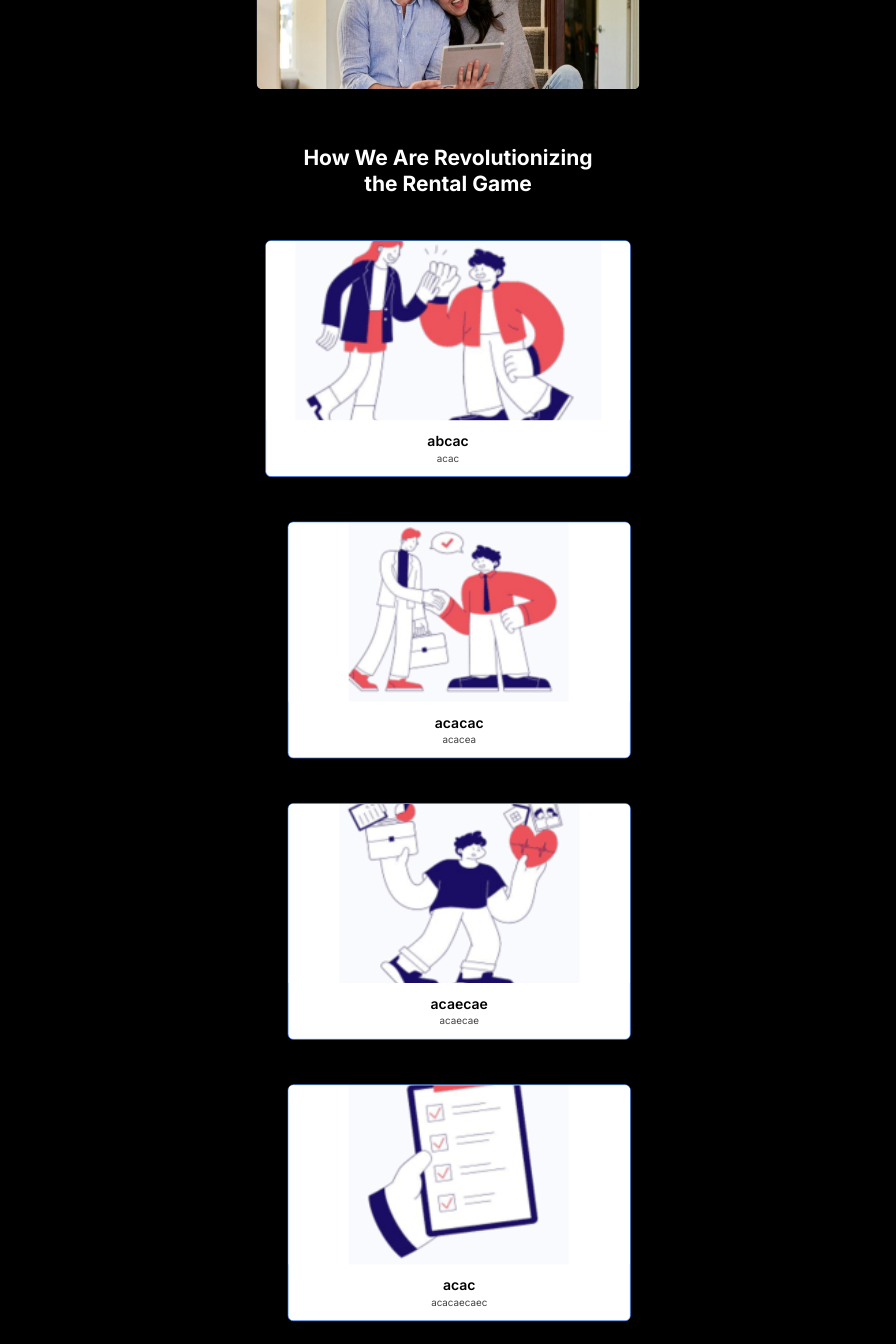
Repository: aditya-jha-kumar/BleisureHosting-V1
Page: /home
The author's editor kept a copy of each file at every save. The page is drawn from the files as they stood at one save, then again after a run of saves.
The browser window is 1280 px wide. The pictures show the part of the page from y = 2095 to 4015 px (the page is 4015 px tall before and 2809 px after), at 70% of full size.
The project was rebuilt for these pictures with package versions that can differ from the ones it lists, and the page was loaded fresh each time. The framework's server and built-in components were replaced by stand-ins that run in the browser. Also part of the build but not shown: next.config.mjs.

Above is the page before, as saved 2024-06-12 15:42:21.

### src/app/home/page.tsx
// Home.tsx

import React from "react";
import Navbar from "@/components/navbar";
import Search from "@/components/Search";
import Hero from "@/components/hero";
import Card from "@/components/card";
import Button from "@/components/button";
import Card2 from "@/components/Card2";

export default function Home() {
  return (
    <div className="relative min-h-screen flex flex-col justify-center items-center">
      {/* Navbar */}
      <Navbar
        logoSrc="/logo.png"
        logoAlt=""
        option1="Place to stay"
        option2="Experience"
        option3="Nearby"
        option4="Contact"
        button1Label="Become a partner"
        button2Label="Sign up"
      />

      {/* Hero section */}
      <div className="relative rounded overflow-hidden flex-1">
        <Hero
          logoSrc="/hero.png"
          logoAlt="Your alt text here"
          className="rounded"
        />
        {/* Search component placed on Hero */}
        <div className="absolute inset-0 flex justify-center items-center">
          <Search placeholder="Search" />
        </div>
      </div>

      {/* Additional content */}
      <div className="flex flex-col items-center justify-center text-center mt-8 md:mt-12 px-4">
        <h1 className="text-3xl font-bold">Welcome to the future</h1>
        <p className="mt-4">
          Discover peace of mind, flexibility, and confidence for your next
          adventure - whether it's a new job, a temporary home, medical
          relocation, or travel cravings - with the ease and comfort of a
          Bleisure home
        </p>
      </div>

      {/* Cards */}
      <div className="flex justify-center mt-8 space-x-4 md:space-x-8">
        <Card
          imageSrc="/card1.png"
          largeText="Emrald Valley Heights Homestay"
          smallText="Viman Nagar, Pune"
          showOverlay
          showArrow
        />
        <div className="md:mt-4">
          {/* Add margin top for medium screens */}
          <Card
            imageSrc="/card2.png"
            largeText="Golden Horizon Homestay"
            smallText="Viman Nagar, Pune"
            showOverlay
            showArrow
          />
          <Card
            imageSrc="/card3.png"
            largeText="Sunset Vista Homestay"
            smallText="Viman Nagar, Pune"
            showOverlay
            showArrow
          />
        </div>
      </div>

      {/* Additional content */}
      <div className="flex flex-col items-center justify-center text-center mt-8 md:mt-12 px-4">
        <h1 className="text-xl font-bold">
          Now offering our lowest rates for 3+ month stays
        </h1>
        <Button text="Explore Properties >>" />
      </div>

      {/* Our Mission */}
      <div className="flex flex-col items-center justify-center text-center mt-8 md:mt-12 px-4">
        <h1 className="text-3xl font-bold">Our Mission</h1>
        <p className="mt-4">
          Redefining short & medium-term rental accommodations with comfortable,
          furnished apartments equipped with all the amenities you need.
        </p>
        <Card
          imageSrc="our-mission.png"
          largeText=""
          smallText=""
          smallSize // Pass this prop to decrease the size
        />
      </div>
      {/* Revolutionizing */}
      <div className="flex flex-col items-center justify-center text-center mt-8 md:mt-12 px-4">
        <h1 className="text-3xl font-bold">
          How We Are Revolutionizing <br /> the Rental Game
        </h1>
        <div className="flex flex-wrap justify-center mt-8 space-x-4 md:space-x-8">
          <Card2 imageSrc="/a1.png" largeText="abcac" smallText="acac" />
          <Card2 imageSrc="/a2.png" largeText="acacac" smallText="acacea" />
          <Card2 imageSrc="/a3.png" largeText="acaecae" smallText="acaecae" />
          <Card2 imageSrc="/a4.png" largeText="acac" smallText="acacaecaec" />
        </div>
      </div>
    </div>
  );
}

### src/components/navbar.tsx
"use client"
import { useState } from "react";
import Link from "next/link";

interface NavbarProps {
  logoSrc: string;
  logoAlt: string;
  option1: string;
  option2: string;
  option3: string;
  option4: string;
  button1Label: string;
  button2Label: string;
}

const Navbar = ({
  logoSrc,
  logoAlt,
  option1,
  option2,
  option3,
  option4,
  button1Label,
  button2Label,
}: NavbarProps) => {
  const [isMenuOpen, setIsMenuOpen] = useState(false);

  const toggleMenu = () => {
    setIsMenuOpen(!isMenuOpen);
  };

  return (
    <nav className="bg-white dark:bg-white fixed w-full z-20 top-0 start-0 border-b">
      <div className="max-w-screen-xl flex flex-wrap items-center justify-between mx-auto p-4">
        <Link
          className="flex items-center space-x-3 rtl:space-x-reverse cursor-pointer"
          href="/"
        >
          <img src={logoSrc} className="h-8" alt={logoAlt} />
          <span className="self-center text-2xl font-semibold whitespace-nowrap dark:text-black">
            {logoAlt}
          </span>
        </Link>
        <div className="flex md:order-2 space-x-3 md:space-x-0 rtl:space-x-reverse">
          <button
            type="button"
            className="text-black bg-white border-black border-2 focus:ring-4 font-medium rounded-lg text-sm px-4 py-2 text-center transition duration-300 ease-in-out hover:bg-black hover:text-white hover:border-gray-800"
          >
            {button1Label}
          </button>

          <span className="px-2 py-2">|</span>
          <button
            type="button"
            className="text-white bg-blue-700 hover:bg-blue-800 focus:ring-4 focus:outline-none focus:ring-blue-300 font-medium rounded-lg text-sm px-4 py-2 text-center dark:bg-blue-600 dark:hover:bg-blue-700 dark:focus:ring-blue-800 transition duration-300 ease-in-out"
          >
            {button2Label}
          </button>

          <button
            data-collapse-toggle="navbar-sticky"
            type="button"
            className="inline-flex items-center p-2 w-10 h-10 justify-center text-sm text-gray-500 rounded-lg md:hidden hover:bg-gray-100 focus:outline-none focus:ring-2 focus:ring-gray-200 dark:text-gray-400 dark:hover:bg-gray-700 dark:focus:ring-gray-600 transition duration-300 ease-in-out"
            aria-controls="navbar-sticky"
            aria-expanded="false"
            onClick={toggleMenu}
          >
            <span className="sr-only">Open main menu</span>
            <svg
              className="w-5 h-5"
              aria-hidden="true"
              xmlns="http://www.w3.org/2000/svg"
              fill="none"
              viewBox="0 0 17 14"
            >
              <path
                stroke="currentColor"
                strokeLinecap="round"
                strokeLinejoin="round"
                strokeWidth="2"
                d="M1 1h15M1 7h15M1 13h15"
              />
            </svg>
          </button>
        </div>
        <div
          className={`items-center justify-between w-full md:flex md:w-auto md:order-1 ${
            isMenuOpen ? "block" : "hidden"
          }`}
          id="navbar-sticky"
        >
          <ul className="flex flex-col p-4 md:p-0 mt-4 font-medium border border-gray-100 rounded-lg bg-gray-50 md:space-x-8 rtl:space-x-reverse md:flex-row md:mt-0 md:border-0 md:bg-white">
            <li>
              <Link
                className="block py-2 px-3 text-gray-900 rounded hover:bg-gray-100 md:hover:bg-transparent md:hover:text-blue-700 md:p-0 md:dark:hover:text-blue-500 dark:text-black dark:hover:bg-gray-700 dark:hover:text-black md:dark:hover:bg-transparent dark:border-gray-700 transition duration-300 ease-in-out"
                aria-current="page"
                href="/placetostay"
              >
                {option1}
              </Link>
            </li>
            <li>
              <Link
                className="block py-2 px-3 text-gray-900 rounded hover:bg-gray-100 md:hover:bg-transparent md:hover:text-blue-700 md:p-0 md:dark:hover:text-blue-500 dark:text-black dark:hover:bg-gray-700 dark:hover:text-black md:dark:hover:bg-transparent dark:border-gray-700 transition duration-300 ease-in-out"
                href="/about"
              >
                {option2}
              </Link>
            </li>
            <li>
              <Link
                className="block py-2 px-3 text-gray-900 rounded hover:bg-gray-100 md:hover:bg-transparent md:hover:text-blue-700 md:p-0 md:dark:hover:text-blue-500 dark:text-black dark:hover:bg-gray-700 dark:hover:text-black md:dark:hover:bg-transparent dark:border-gray-700 transition duration-300 ease-in-out"
                href="/services"
              >
                {option3}
              </Link>
            </li>
            <li>
              <Link
                className="block py-2 px-3 text-gray-900 rounded hover:bg-gray-100 md:hover:bg-transparent md:hover:text-blue-700 md:p-0 md:dark:hover:text-blue-500 dark:text-black dark:hover:bg-gray-700 dark:hover:text-black md:dark:hover:bg-transparent dark:border-gray-700 transition duration-300 ease-in-out"
                href="/contact"
              >
                {option4}
              </Link>
            </li>
          </ul>
        </div>
      </div>
    </nav>
  );
};

export default Navbar;

### src/components/Search.tsx
"use client";
import React from "react";

interface SearchProps {
  placeholder: string;
}

const Search = ({ placeholder }: SearchProps) => {
  return (
    <div className="relative">
      <input
        type="text"
        placeholder={placeholder}
        className="w-full h-12 px-4 py-2 rounded-lg border border-gray-300 focus:outline-none focus:border-blue-500"
      />
      <button className="absolute inset-y-0 right-0 flex items-center px-4 bg-blue-500 text-white rounded-r-lg">
        Search
      </button>
    </div>
  );
};

export default Search;

### src/components/hero.tsx
"use client";
import React from "react";

interface HeroProps {
  logoSrc: string;
  logoAlt: string;
  className?: string; // Make className optional
}

const Hero = ({ logoSrc, logoAlt, className }: HeroProps) => {
  return (
    <div className={className}>
      <div>
        <img src={logoSrc} alt={logoAlt} />
      </div>
    </div>
  );
};

export default Hero;

### src/components/card.tsx
"use client";
import React from "react";

interface CardProps {
  imageSrc: string;
  largeText: string;
  smallText: string;
  showOverlay?: boolean; // Optional prop to show/hide overlay
  showArrow?: boolean; // Optional prop to show/hide arrow
  smallSize?: boolean; // Optional prop to decrease card size
}

const Card = ({
  imageSrc,
  largeText,
  smallText,
  showOverlay = false,
  showArrow = false,
  smallSize = false,
}: CardProps) => {
  return (
    <div
      className={`relative bg-white rounded-lg shadow-md overflow-hidden group my-8 ${
        smallSize ? "w-250 h-64" : "w-full h-auto"
      }`}
    >
      {/* Image */}
      <div className="w-full h-full relative">
        <img src={imageSrc} alt="Card" className="w-full h-full" />
        {/* Black overlay */}
        {showOverlay && (
          <div className="absolute inset-0 bg-black opacity-35 rounded-lg"></div>
        )}
      </div>

      {/* Large Text */}
      <div className="absolute bottom-0 left-0 p-4">
        <h2 className="text-xl font-semibold text-white">{largeText}</h2>
        <p className="text-sm text-white opacity-75">{smallText}</p>
      </div>

      {/* Arrow Icon */}
      {showArrow && (
        <div className="absolute bottom-0 right-0 p-4">
          <svg
            xmlns="http://www.w3.org/2000/svg"
            className="h-6 w-6 text-white"
            fill="none"
            viewBox="0 0 24 24"
            stroke="currentColor"
          >
            <path
              strokeLinecap="round"
              strokeLinejoin="round"
              strokeWidth={2}
              d="M14 5l7 7m0 0l-7 7m7-7H3"
            />
          </svg>
        </div>
      )}
    </div>
  );
};

export default Card;

### src/components/button.tsx
import React from "react";

interface ButtonProps {
  text: string;
  onClick?: () => void;
  disabled?: boolean;
}

const Button = ({ text, onClick, disabled = false }: ButtonProps) => {
  return (
    <button
      type="button"
      onClick={onClick}
      disabled={disabled}
      className={`py-5 px-5 my-5 text-xl inline-flex items-center gap-x-2 font-semibold rounded-full ${
        disabled
          ? "opacity-50 cursor-not-allowed"
          : "bg-blue-600 text-white hover:bg-blue-700"
      }`}
    >
      {text}
    </button>
  );
};

export default Button;

### src/components/Card2.tsx
// Card2.tsx
"use client";
import React from "react";

interface CardProps {
  imageSrc: string;
  largeText: string;
  smallText: string;
}

const Card2 = ({ imageSrc, largeText, smallText }: CardProps) => {
  return (
    <div className="relative w-full h-auto bg-white border border-blue-500 rounded-lg shadow-md overflow-hidden my-8">
      {/* Background Image */}
      <div
        className="w-full h-64 bg-cover bg-center"
        style={{ backgroundImage: `url(${imageSrc})` }}
      />

      {/* Content */}
      <div className="p-4 text-center text-black">
        <h2 className="text-xl font-semibold">{largeText}</h2>
        <p className="text-sm opacity-75">{smallText}</p>
      </div>
    </div>
  );
};

export default Card2;

### tailwind.config.ts
module.exports = {
  content: [
    "./src/pages/**/*.{js,ts,jsx,tsx}",
    "./src/components/**/*.{js,ts,jsx,tsx}",
    "./src/app/**/*.{js,ts,jsx,tsx}",
    "node_modules/preline/dist/*.js",
  ],
  theme: {
    extend: {
      backgroundImage: {
        "gradient-radial": "radial-gradient(var(--tw-gradient-stops))",
        "gradient-conic":
          "conic-gradient(from 180deg at 50% 50%, var(--tw-gradient-stops))",
      },
    },
  },
  plugins: [require("preline/plugin")],
};

Loaded but not shown: src/app/layout.tsx (common file); src/app/globals.css (common file)

After the next 6 saves:
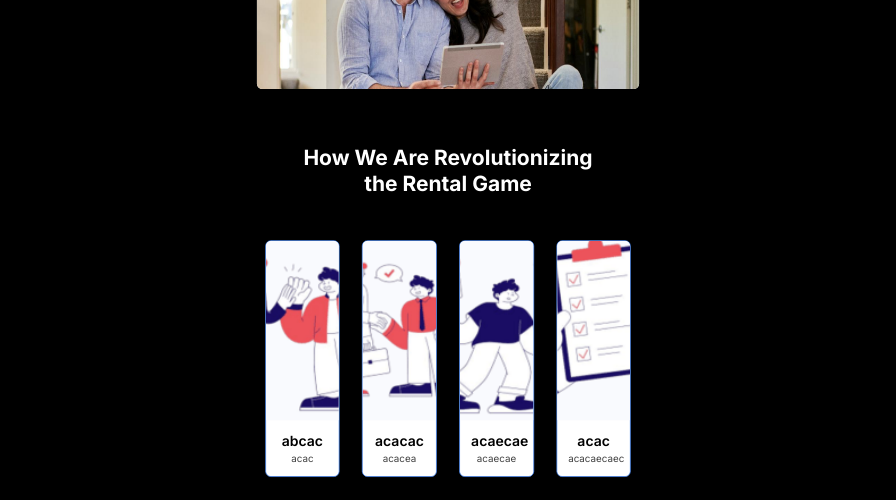
The 6 saves are shown as one change because they came seconds apart.
The last was saved 14 s later.
--- a/src/app/home/page.tsx
+++ b/src/app/home/page.tsx
@@ -102,7 +102,7 @@
         <h1 className="text-3xl font-bold">
           How We Are Revolutionizing <br /> the Rental Game
         </h1>
-        <div className="flex flex-wrap justify-center mt-8 space-x-4 md:space-x-8">
+        <div className="flex flex-row justify-center mt-8 space-x-4 md:space-x-8">
           <Card2 imageSrc="/a1.png" largeText="abcac" smallText="acac" />
           <Card2 imageSrc="/a2.png" largeText="acacac" smallText="acacea" />
           <Card2 imageSrc="/a3.png" largeText="acaecae" smallText="acaecae" />

After the 2 saves that followed:
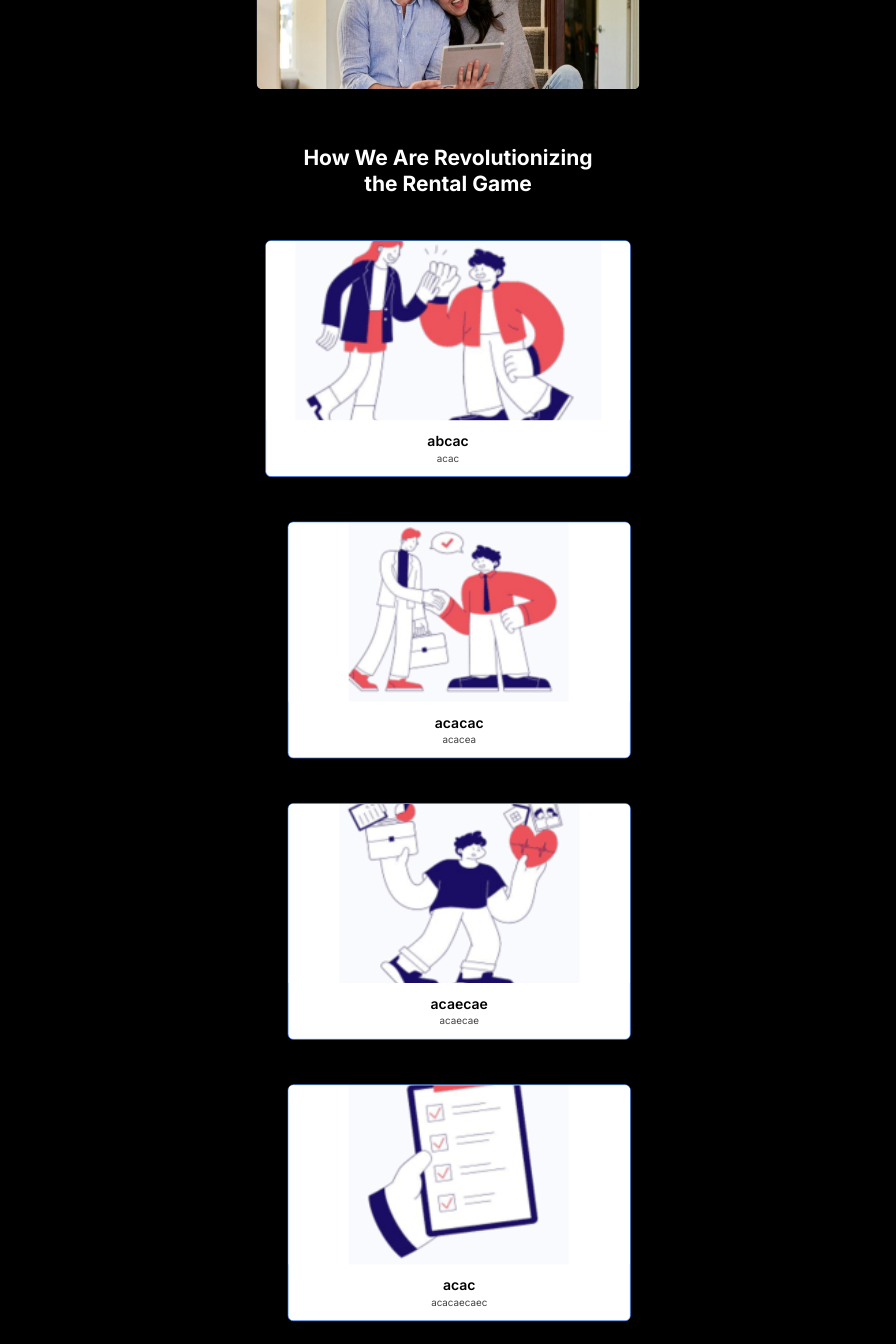
The 2 saves are shown as one change because they came seconds apart.
The last was saved 7 s later.
--- a/src/app/home/page.tsx
+++ b/src/app/home/page.tsx
@@ -102,7 +102,7 @@
         <h1 className="text-3xl font-bold">
           How We Are Revolutionizing <br /> the Rental Game
         </h1>
-        <div className="flex flex-row justify-center mt-8 space-x-4 md:space-x-8">
+        <div className="flex flex-wrap justify-center mt-8 space-x-4 md:space-x-8">
           <Card2 imageSrc="/a1.png" largeText="abcac" smallText="acac" />
           <Card2 imageSrc="/a2.png" largeText="acacac" smallText="acacea" />
           <Card2 imageSrc="/a3.png" largeText="acaecae" smallText="acaecae" />
